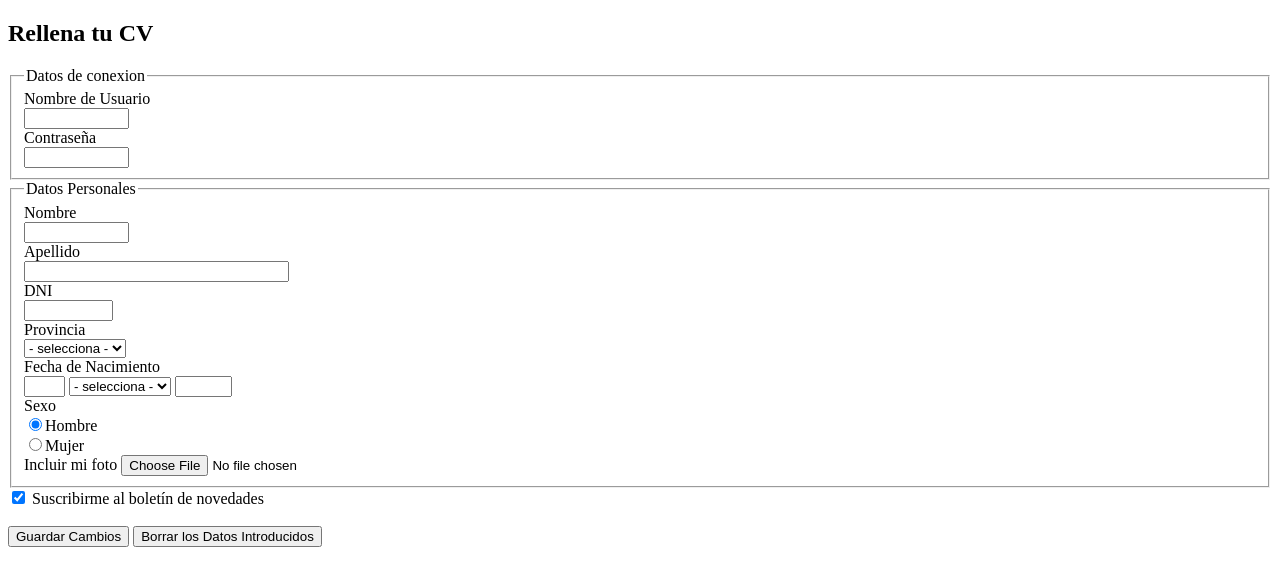
Repository: GonzaDelgado/JavaProjects
Page: modulo_html/WebContent/Form_avanzado.html
These files come from the project's save history. The page is drawn as it stood at one moment and after the next save; the edit follows.
The browser window is 1280 px wide. The pictures show the whole page.

Above is the page before, as saved 2021-02-08 15:07:53.

After the next save:
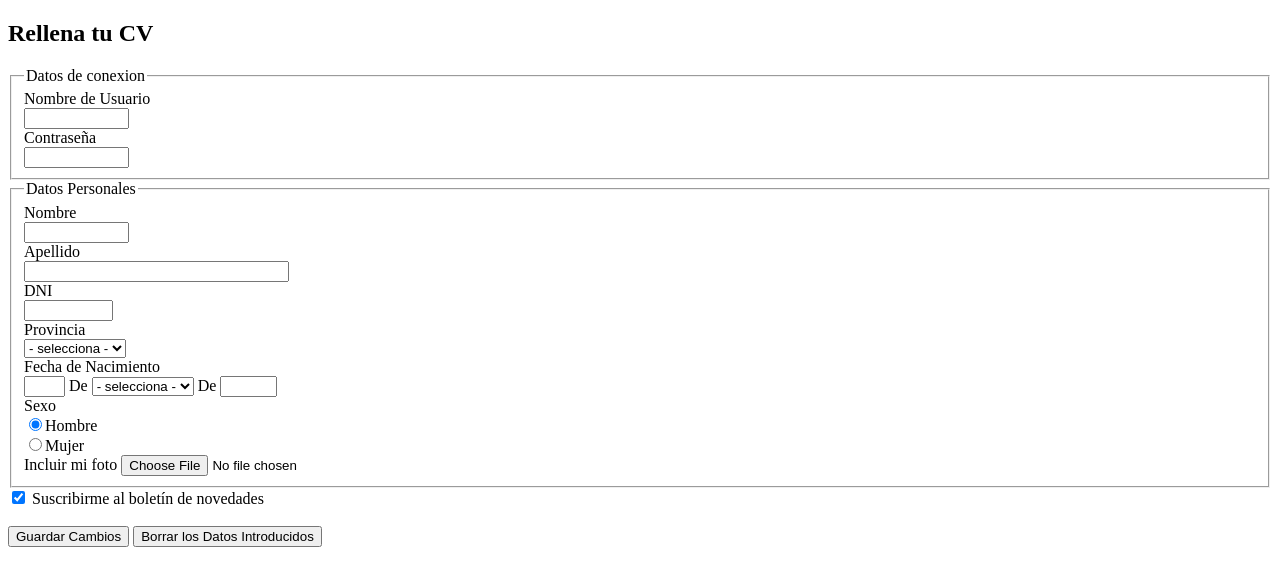
Saved 81 s later.
--- a/modulo_html/WebContent/Form_avanzado.html
+++ b/modulo_html/WebContent/Form_avanzado.html
@@ -31,7 +31,7 @@
 	<option value="otra">Otra</option>
 	</select><br>
 	<label for="fecha_nac">Fecha de Nacimiento</label> <br/>
-	<input type ="text" size="2" name="dia" value="" maxlength="3"/>
+	<input type ="text" size="2" name="dia" value="" maxlength="3"/> De
 	<select id="fecha_nac" name="fecha_nac">
 	<option value="" selected="selected">- selecciona -</option>
 	<option value="enero">Enero</option>
@@ -46,14 +46,15 @@
 	<option value="octubre">Octubre</option>
 	<option value="noviembre">Noviembre</option>
 	<option value="diciembre">Diciembre</option>
-	</select>
+	</select> De
 	<input type ="text" size="4" name="año" value="" maxlength="5"/>
 	<br>
 	<label for="sexo">Sexo</label> <br/>
 	<input type="radio" name="sexo" value="hombre" checked="checked"/><label for="hombre">Hombre</label> <br/>
 	<input type="radio" name="sexo" value="mujer"/><label for="mujer">Mujer</label> <br/>
 	<label for="adjunto">Incluir mi foto</label> <input type="file" name="adjunto" /><br>
-	</legend></fieldset>
+
+	</fieldset>
 	<input name="suscripcion_boletin" type="checkbox" value="suscripcion_boletin" checked="checked"/>
 	<label for="suscripcion_boletin">Suscribirme al boletín de novedades</label> <br/><br>
 	<input type="submit" name="guardar_cambios" value="Guardar Cambios">
